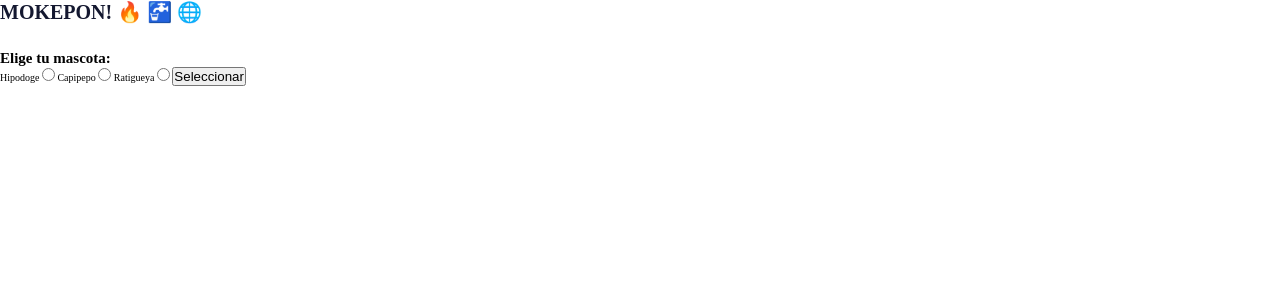
Repository: elto82/juegoMokepon
Page: mokepon/mokepon.html
An editor plug-in stored every save of this project. The page is shown before and after a run of saves, followed by the edit.
The browser window is 1280 px wide. The pictures show the whole page.

Above is the page before, as saved 2022-07-25 14:54:13.

After the next 2 saves:
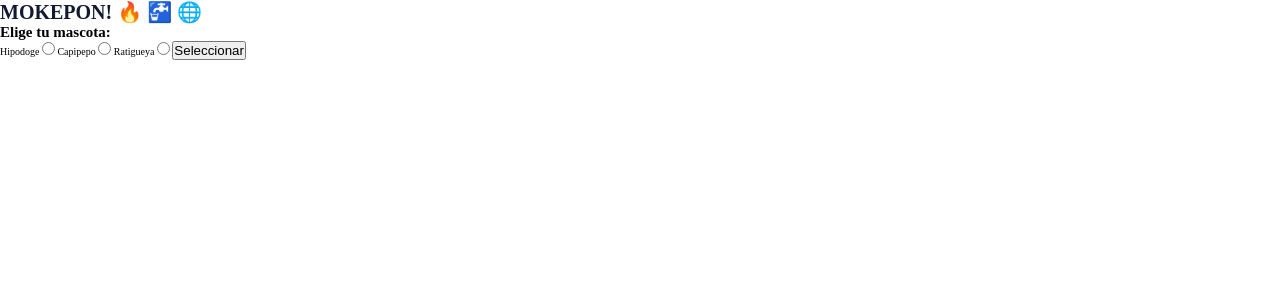
The 2 saves are shown as one change because they came seconds apart.
The last was saved 12 s later.
--- a/mokepon/css/styles.css
+++ b/mokepon/css/styles.css
@@ -10,6 +10,4 @@ html{
 
 .title{
   color: #141830;
-  height: 5rem;
-  margin: auto;
 }
